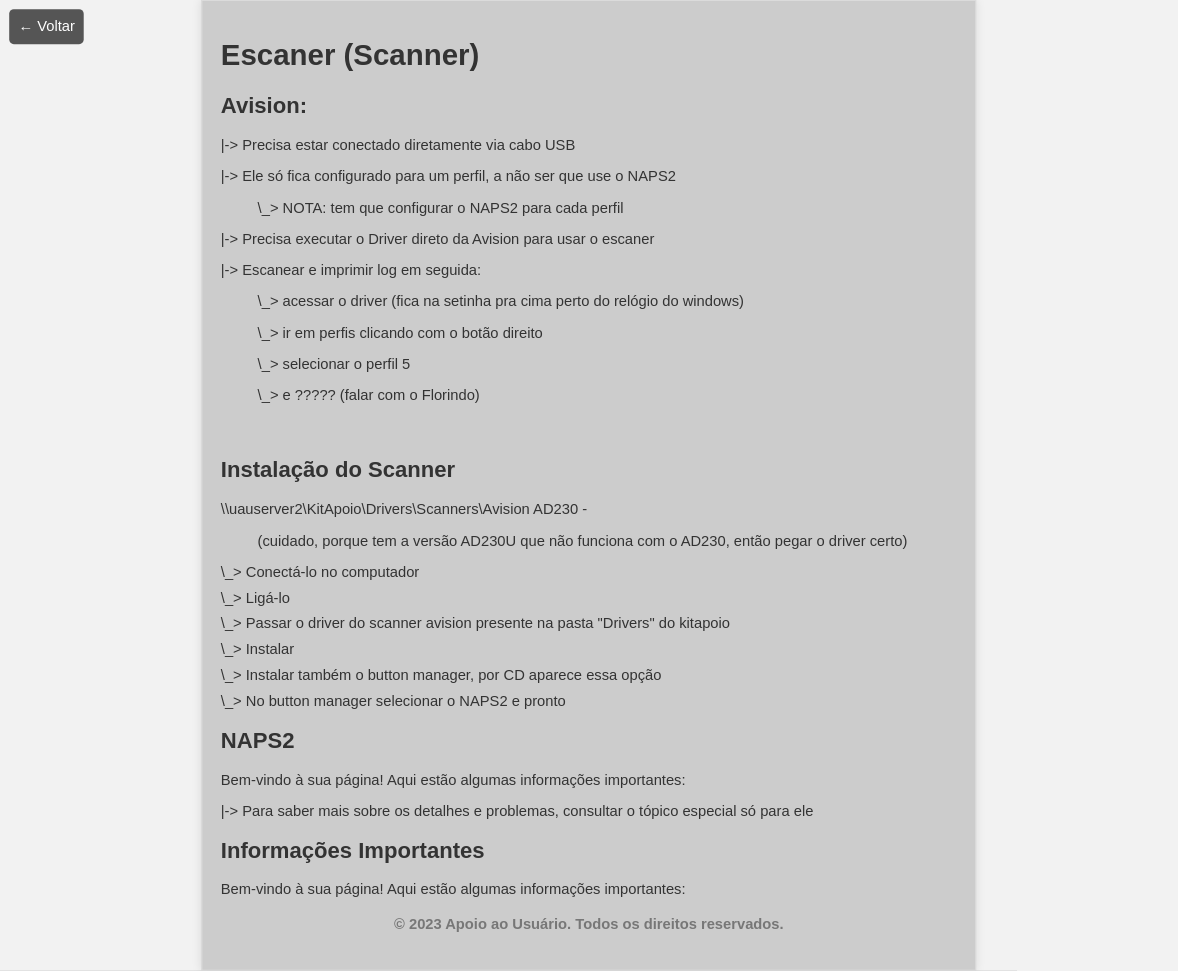
Repository: I4guito/dicasdez
Page: Dicas site/Dicas/scanner.html
These files come from the project's save history. The page is drawn as it stood at one moment and after the next save; the edit follows.
The browser window is 1280 px wide. The pictures show the whole page, at 92% of full size.

Above is the page before, as saved 2023-11-28 14:10:22.

After the next save:
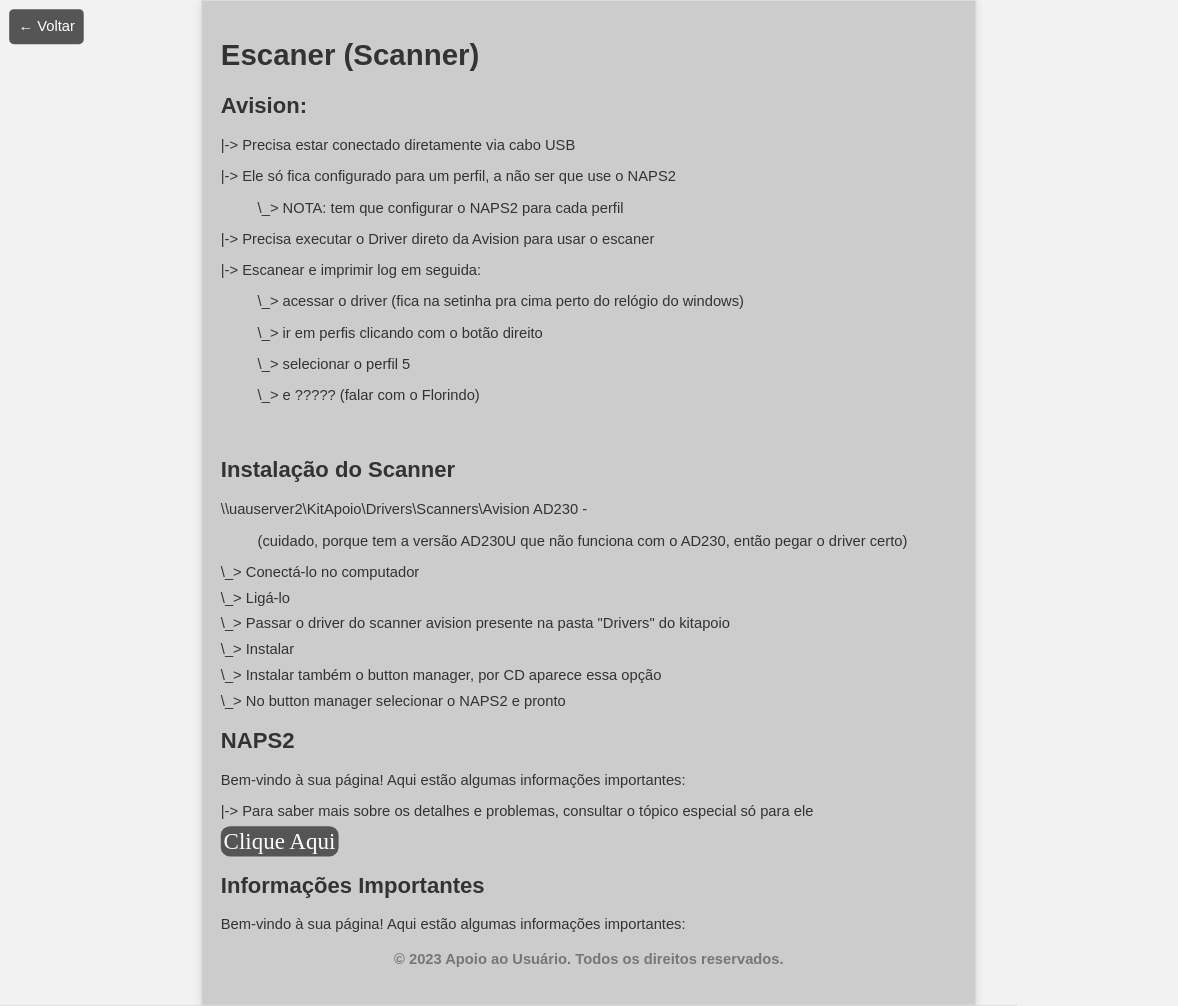
Saved 40 s later.
--- a/Dicas site/Dicas/scanner.html
+++ b/Dicas site/Dicas/scanner.html
@@ -48,7 +48,7 @@
             <p>Bem-vindo à sua página! Aqui estão algumas informações importantes:</p>
             <ul>
                 <li>|-> Para saber mais sobre os detalhes e problemas, consultar o tópico especial só para ele</li>
-                <li></li>
+                <a href="/Dicas site/impressoras/instalaçãoi.html" class="link-instrucoes">Clique Aqui</a>
             </ul>
         </section>
         <section>
